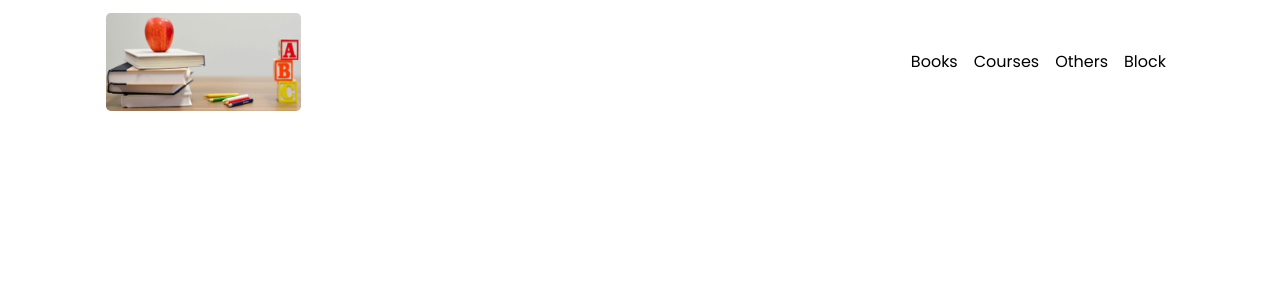
Repository: zjria/Figma-to-E-school
Page: index.html
The author's editor kept a copy of each file at every save. The page is drawn from the files as they stood at one save, then again after the next save.
The browser window is 1280 px wide. The pictures show the whole page.
The pointer rests on the first visible `.navbar-light .navbar-nav .nav-link`.
Some web libraries are served in a nearby version.

Above is the page before, as saved 2022-05-06 14:54:29.

After the next save:
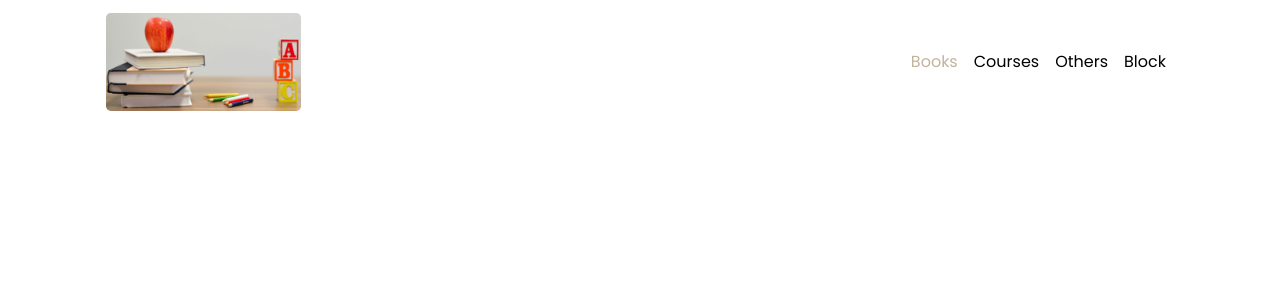
Saved 57 s later.
--- a/style.css
+++ b/style.css
@@ -9,6 +9,6 @@
     line-height: 24px;
 }
 .navbar-light .navbar-nav .nav-link:hover {
-    color: rgb(0, 0, 0);
+    color: #C2B49D;
 
 }
